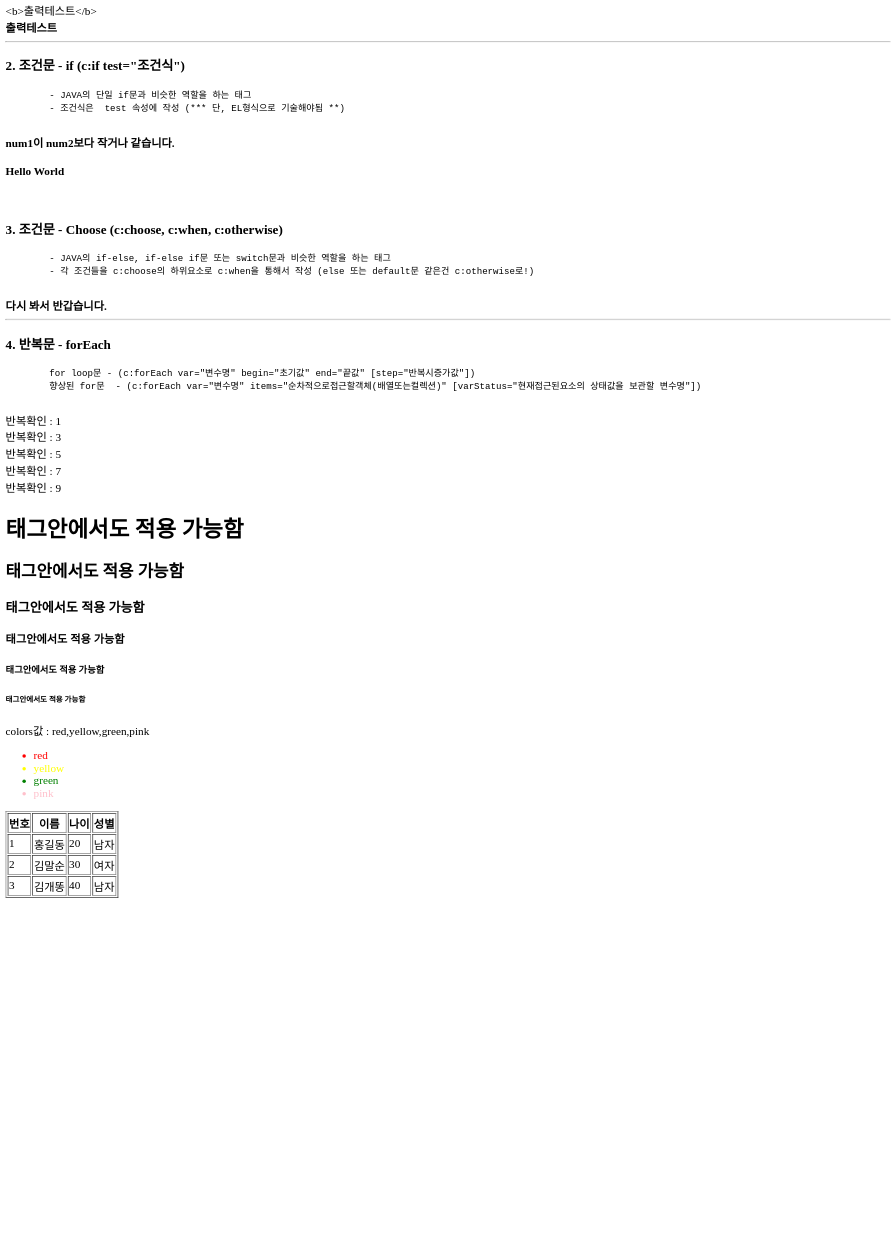
Repository: Young-27/DailyStudy
Page: http://localhost/actionProject/views/3_customAction/01_core.jsp
These files come from the project's save history. The page is drawn as it stood at one moment and after the next save; the edit follows.
The browser window is 1280 px wide. The pictures show the part of the page from y = 981 to 2901 px (the page is 2776 px tall before and 2901 px after), at 70% of full size.
The page is served by Tomcat 9. Other server files are loaded and not shown.

Above is the page before, as saved 2021-06-17 11:12:44.

### Server/web-workspace2/actionProject/WebContent/views/3_customAction/01_core.jsp
<%@ page language="java" contentType="text/html; charset=UTF-8"
    pageEncoding="UTF-8" import="java.util.ArrayList, com.kh.model.vo.Person"%>
<%@ taglib prefix="c" uri="http://java.sun.com/jsp/jstl/core" %>
<!DOCTYPE html>
<html>
<head>
<meta charset="UTF-8">
<title>Insert title here</title>
</head>
<body>

	<h1>JSTL Core Library</h1>

	<h3>1. 변수(속성)</h3>
	<pre>
	* 변수 선언 (c:set var="" value="" [scope=""])
	- 변수 선언하고 초기값을 대입해두는 기능을 제공
	- 해당 변수를 어떤 scope에 담아둘껀지 지정가능함 (생략시 기본적으로 pageScope에 담김)
	=> 즉, 해당 scope에 setAttribute를 통해서 key-value 형태로 데이터를 담아놓는 거라고 생각하면됨
	=> c:set을 통해 선언된 변수는 EL로 접근해서 사용 가능 (단, 스크립팅원소로는 접근 불가)

	* 주의사항
	- 변수 타입을 별도로 지정하지 않음
	- 초기값은 반드시 지정해둬야됨 (즉, 선언과 동시에 초기화)
	</pre>

	<c:set var="num1" value="10"/> <!-- page Scope에 담김 -->
	<c:set var="num2" value="20" scope="request"/>
	<%-- => request.setAttribute("num2", "20"); 와 같음 --%>

	num1 변수값 : ${ num1 } <br>
	num2 변수값 : ${ num2 } <br>

	<c:set var="result" value="${ num1 + num2 }" scope="session"/>

	result 변수값 : ${ result } <br><br>
	<%-- scope를 지정해주면 속도가 더 빨라짐 --%>

	${ pageScope.num1 } <br>
	${ requestScope.num2 } <br>
	${ requestScope.result } <br> <%-- request Scope에 존재X => null(X), 빈칸(O) --%>
	${ sessionScope.result } <br><br>

	<c:set var="result" scope="request">
		9999 <%-- value값 ! --%>
	</c:set>

	${ requestScope.result } <br>

	<hr>

	<pre>
	* 변수 삭제 (c:remove var="제거하고자하는변수명" [scope=""])
	- 해당 변수를 scope에서 찾아서 제거하는 태그
	- scope 지정 생략 시 모든 scope에서 해당 변수 다 찾아서 제거함
	=> 즉, 해당 scope에 .removeAttribute를 통해 제거하는 거라고 생각하면 됨
	</pre>

	삭제 전 result : ${ result } <br><br>

	1) 특정 scope지정해서 삭제 <br>
	<c:remove var="result" scope="request"/>
	request 삭제 후 result : ${ result } <br><br>

	2) 모든 scope에서 삭제 <br>
	<c:remove var="result"/>
	모두 삭제 후 result : ${ result } <br><br>

	<hr>

	<pre>
	* 변수(데이터) 출력(c:cout value="출력하고자하는값" [default="기본값"] [escapeXml="true|false"])
	- 데이터를 출력하고자 할 때 사용하는 태그
	<%-- 출력하고자 하는 값이 존재하지 않을 경우 default="기본값"출력 --%>
	</pre>

	<c:out value="${ result }"/> <br>
	<c:out value="${ result }" default="없음"/> <br><br>
	<%-- 사용 예시 : 1:1문의에서 답변이 달리지 않았을 경우 default문구 출력하도록 !! --%>

	<c:set var="outTest" value="<b>출력테스트</b>"/>
	<c:out value="${ outTest }"/><br> <!-- escapeXml 생략 시 기본값이 true == 태그 해석안됨 (문자열로 취급) -->
	<c:out value="${ outTest }" escapeXml="false"/> <br>

	<hr>

	<h3>2. 조건문 - if (c:if test="조건식")</h3>
	<pre>
	- JAVA의 단일 if문과 비슷한 역할을 하는 태그
	- 조건식은  test 속성에 작성 (*** 단, EL형식으로 기술해야됨 **)
	</pre>

	<%--
	<% if(num1 > num2) { %>


	<% } %>
	 --%>

	 <c:if test="${ num1 > num2 }"> <!-- > 혹은 gt -->
	 	<b>num1이 num2보다 큽니다.</b>
	 </c:if>

	 <c:if test="${ num1 <= num2 }"> <!-- <= 혹은 le -->
	 	<b>num1이 num2보다 작거나 같습니다.</b>
	 </c:if>

	 <br>

	 <c:set var="str" value="안녕하세요"/>

	 <!-- 기존 방식 -->
	 <%--
	 <% if(str.equals("안녕하세요")){%>

	 <% } %>
	 --%>

	 <c:if test="${ str eq '안녕하세요' }">
	 	<h4>Hello World</h4>
	 </c:if>

	 <c:if test="${ str ne '안녕하세요' }">
	 	<h4>Bye World</h4>
	 </c:if>

	<br>

	<h3>3. 조건문 - Choose (c:choose, c:when, c:otherwise)</h3>
	<pre>
	- JAVA의 if-else, if-else if문 또는 switch문과 비슷한 역할을 하는 태그
	- 각 조건들을 c:choose의 하위요소로 c:when을 통해서 작성 (else 또는 default문 같은건 c:otherwise로!)
	</pre>

	<%-- 기존방식
	<% if(num1 == 20) { %>

	<% }else if(num1 == 10){ %>

	<% }else{ %>

	<% } %>
	--%>

	<c:choose>
		<c:when test="${ num1 eq 20 }">
			<b>처음 뵙겠습니다.</b>
		</c:when>
		<c:when test="${ num1 eq 10 }">
			<b>다시 봐서 반갑습니다.</b>
		</c:when>
		<c:otherwise>
			<b>안녕하세요</b>
		</c:otherwise>
	</c:choose>
	<!-- *주의 : choose 구역 안에 다른 텍스트 작성하면 오류남!! 주석 써도 오류남!! -->

	<hr>

	<h3>4. 반복문 - forEach</h3>
	<pre>
	for loop문 - (c:forEach var="변수명" begin="초기값" end="끝값" [step="반복시증가값"])
	향상된 for문  - (c:forEach var="변수명" items="순차적으로접근할객체(배열또는컬렉션)" [varStatus="현재접근된요소의 상태값을 보관할 변수명"])
	</pre>

	<%-- 기존방식
	<% for(int i=1; i<=10; i++){%>

	<%} %>
	 --%>
	<c:forEach var="i" begin="1" end="10" step="2">
		반복확인 : ${ i } <br>
	</c:forEach>

	<c:forEach var="i" begin="1" end="6">
		<h${i}>태그안에서도 적용 가능함</h${i}>
	</c:forEach>

	<c:set var="colors">
		red,yellow,green,pink
	</c:set>

	colors값 : ${ colors } <br>

	<ul>
		<c:forEach var="c" items="${ colors }">
			<li style="color:${c}">${ c }</li>
		</c:forEach>
	</ul>



	<%
		ArrayList<Person> list = new ArrayList<>();
		list.add(new Person("홍길동", 20, "남자"));
		list.add(new Person("김말순", 30, "여자"));
		list.add(new Person("김개똥", 40, "남자"));

		request.setAttribute("pList", list);
		// 여기까지의 코드는 이 페이지가 응답되기 전의 Servlet에서 할 코드
	%>

	<table border="1">
		<thead>
			<tr>
				<th>번호</th>
				<th>이름</th>
				<th>나이</th>
				<th>성별</th>
			</tr>
		</thead>
		<tbody>
			<%-- 기존 방식
			<% if(pList.isEmpty()){ %>

			<% }else{ %>
				<% for(Person p : pList){ %>

				<% } %>
			<% } %>
			 --%>
			<c:choose>
				<c:when test="${ empty pList }">
					<tr>
						<td colspan="3">조회된 사람이 없습니다.</td>
					</tr>
				</c:when>
				<c:otherwise>
					<c:forEach var="p" items="${ pList }" varStatus="status">
						<tr>
							<td>${ status.count }</td> <!-- index속성:0부터 시작 / count속성:1부터 시작 -->
							<td>${ p.name }</td>
							<td>${ p.age }</td>
							<td>${ p.gender }</td>
						</tr>
					</c:forEach>
				</c:otherwise>
			</c:choose>


		</tbody>
	</table>




	<br><br><br><br><br><br><br><br><br><br><br><br><br><br><br><br><br><br><br><br><br><br><br><br><br><br><br><br>




</body>
</html>

### Server/web-workspace2/actionProject/src/com/kh/model/vo/Person.java
package com.kh.model.vo;

public class Person {

	private String name;
	private int age;
	private String gender;

	public Person() {}

	public Person(String name, int age, String gender) {
		super();
		this.name = name;
		this.age = age;
		this.gender = gender;
	}

	public String getName() {
		return name;
	}

	public void setName(String name) {
		this.name = name;
	}

	public int getAge() {
		return age;
	}

	public void setAge(int age) {
		this.age = age;
	}

	public String getGender() {
		return gender;
	}

	public void setGender(String gender) {
		this.gender = gender;
	}

	@Override
	public String toString() {
		return "Person [name=" + name + ", age=" + age + ", gender=" + gender + "]";
	}



}

After the next save:
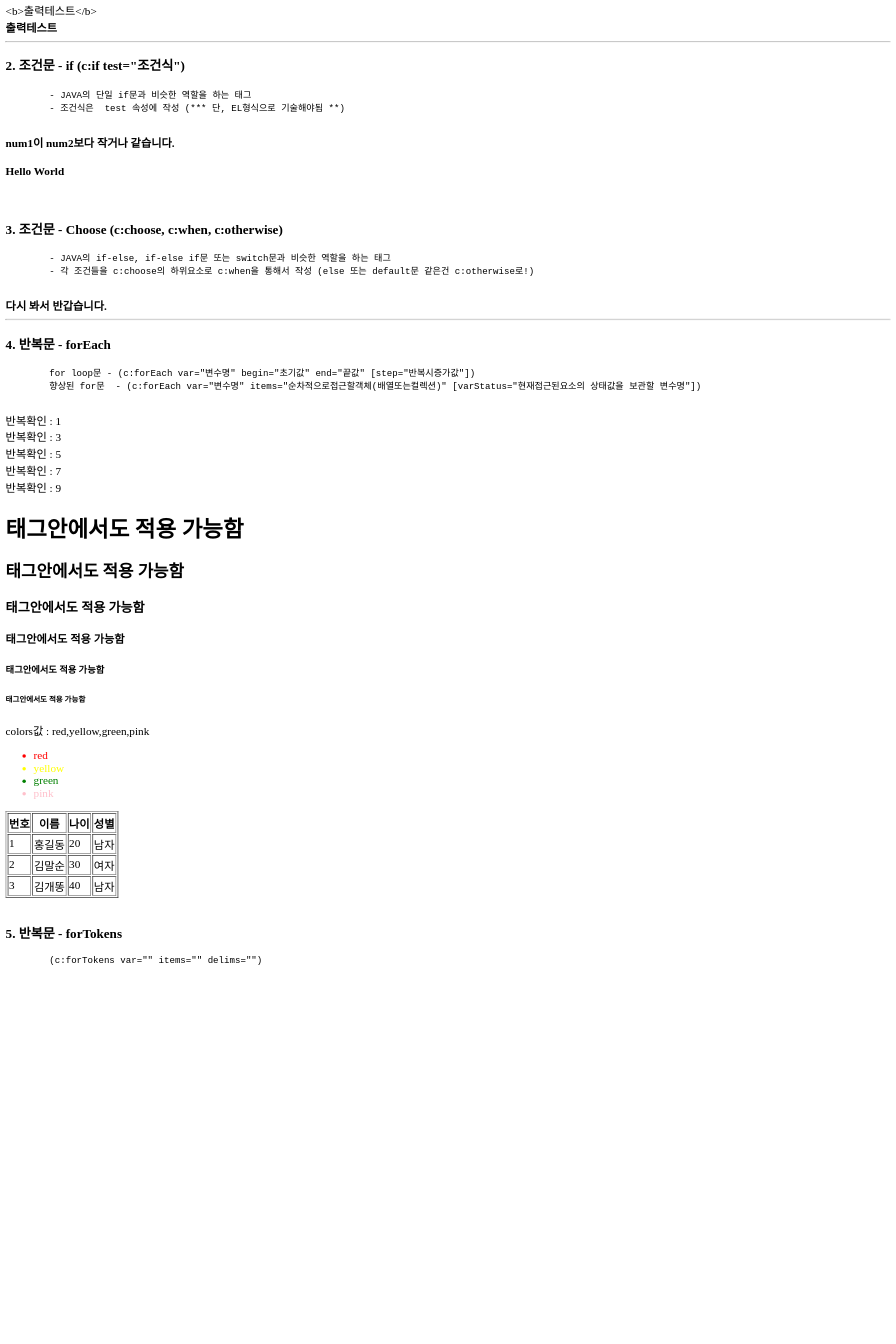
Saved 3 min 59 s later.
--- a/Server/web-workspace2/actionProject/WebContent/views/3_customAction/01_core.jsp
+++ b/Server/web-workspace2/actionProject/WebContent/views/3_customAction/01_core.jsp
@@ -236,11 +236,18 @@
 					</c:forEach>
 				</c:otherwise>
 			</c:choose>
-
-
 		</tbody>
 	</table>
 
+	<br>
+
+	<h3>5. 반복문 - forTokens</h3>
+	<pre>
+	(c:forTokens var="" items="" delims="")
+	</pre>
+
+
+
 
 
 
